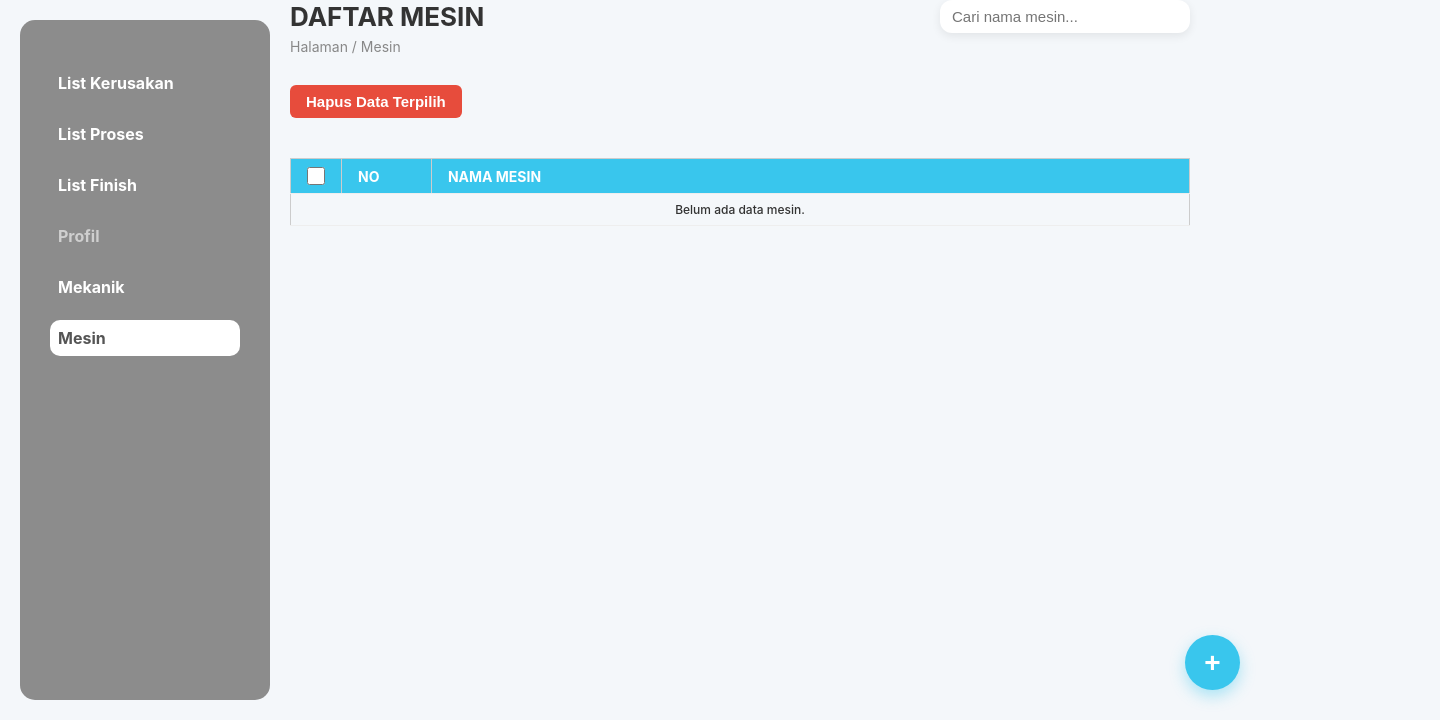
Repository: 1rHub/maintenance
Page: http://localhost/mesin.php
An editor plug-in stored every save of this project. The page is shown before and after a run of saves, followed by the edit.
The browser window is 1280 px wide. The page is 1280 px wide, then 1440 px, so the pictures cover 1440 px, including what lies to the right of the window. The pictures show the whole page.
The page is run by PHP 8.4 with error messages shown; the project is at /var/www/html/. Queries for data that is not in the repository find no rows.

Above is the page before, as saved 2025-10-28 15:56:57.

### assets/css/style.css
* {
	margin: 0;
	padding: 0;
	box-sizing: border-box;
}

body {
	font-family: -apple-system, BlinkMacSystemFont, 'Segoe UI', Roboto, Oxygen, Ubuntu, Cantarell, sans-serif;
	background-color: #f5f5f5;
	display: flex;
	height: 100vh;
}

.sidebar {
	width: 250px;
	background-color: #8c8c8c;
	padding: 30px;
	display: flex;
	flex-direction: column;
	justify-content: space-between;
	border-radius: 15px;
	margin: 20px;
}

.menu {
	list-style: none;
}

.menu li {
	margin: 15px 0;
}

.menu a {
	text-decoration: none;
	font-weight: bold;
	font-size: 16px;
	color: white;
	display: block;
	padding: 8px 8px;
	border-radius: 10px;
}

.menu a.active {
	background-color: white;
	color: #555;
}

.menu a.disabled {
	color: #cfcfcf;
	pointer-events: none;
}

.register-btn {
	background-color: white;
	border: none;
	padding: 10px;
	border-radius: 10px;
	font-weight: bold;
	cursor: pointer;
}

.main-content {
	flex: 1;
	padding: 40px;
	background: #fff;
}

.main-content h1 {
	font-size: 28px;
	font-weight: bold;
}

.main-content2 {
	margin-bottom: 38px;
}

.breadcrumb {
	margin-top: 5px;
	color: gray;
}

/* silang pada Detail Laporan */
.popup {
	display: none;
	position: fixed;
	top: 0;
	left: 0;
	width: 100%;
	height: 100%;
	background: rgba(0, 0, 0, 0.5);
	justify-content: center;
	align-items: center;
	z-index: 1000;
}

.popup-content {
	background: #fff;
	padding: 20px;
	border-radius: 12px;
	width: 400px;
	position: relative;
}

.close-btn {
	float: right;
	position: absolute;
	top: 40px;
	right: 40px;
	font-weight: bold;
	font-size: 25px;
	color: #909090;
	cursor: pointer;
	z-index: 10000;
	/* pastikan di atas semua isi popup */
}

.close-btn:hover {
	color: #000;
}

.popup-content h2 {
	margin-bottom: 15px;
}

.popup-content label {
	display: block;
	margin-top: 10px;
	font-weight: bold;
}

.popup-content input,
.popup-content select,
.popup-content textarea {
	width: 100%;
	padding: 8px;
	margin-top: 5px;
	border-radius: 5px;
	border: 1px solid #ccc;
}

.popup-content button {
	margin-top: 15px;
	padding: 10px;
	border: none;
	border-radius: 8px;
	background: #8c8c8c;
	color: white;
	font-weight: bold;
	cursor: pointer;
}

.hapus-float-btn {
	position: fixed;
	bottom: 25px;
	right: 25px;
	background-color: #e74c3c;
	color: white;
	padding: 12px 18px;
	border: none;
	border-radius: 8px;
	cursor: pointer;
	font-size: 15px;
	box-shadow: 0 4px 12px rgba(0, 0, 0, 0.2);
	transition: all 0.25s ease;
	z-index: 1000;
}

.hapus-float-btn:hover {
	background-color: #c0392b;
	transform: scale(1.05);
}

table {
	font-size: 12px;
	margin-top: 20px;
	width: 100%;
	border-collapse: collapse;
}

table thead {
	background: #39c6ed;
}

table,
th,
td {
	border: 1px solid #ccc;
}

th,
td {
	padding: 10px;
	text-align: left;
}

.filter {
	display: flex;
	align-items: center;
	gap: 15px;
	margin-top: 20px;
	margin-bottom: 15px;
}

.filter label {
	font-weight: bold;
}

.filter input[type="date"],
.filter select {
	padding: 5px 10px;
	border: 1px solid #ccc;
	border-radius: 6px;
	cursor: pointer;
}

.filter button {
	background-color: #39c6ed;
	color: white;
	border: none;
	border-radius: 6px;
	padding: 6px 12px;
	cursor: pointer;
	transition: 0.2s;
}

.filter button:hover {
	background-color: #666;
}

.success {
	color: green;
	font-weight: bold;
	margin-top: 10px;
}

.warning {

	color: #ff0000;
	font-weight: bold;
	margin-top: 10px;
}

.kategori {
	font-weight: bold;
	padding: 6px;
	border-radius: 6px;
	color: #fff;
	text-align: center;
}

.kategori.biasa {
	display: list-item;
	margin-top: 3px;
	color: #29b513;

}

.kategori.sedang {
	display: list-item;
	margin-top: 3px;
	color: #efae15;
}

.kategori.urgent {
	display: list-item;
	margin-top: 3px;
	color: #e74c3c;
}

#laporanTable a {
	color: inherit;
	text-decoration: none;
	cursor: pointer;
}

@keyframes fadeIn {
	from {
		opacity: 0;
		transform: scale(0.9);
	}

	to {
		opacity: 1;
		transform: scale(1);
	}
}

a {
	color: inherit;
	text-decoration: none;
}

a:hover {
	text-decoration: underline;
}

.mekanik-list {
	display: flex;
	flex-direction: column;
	gap: 8px;
	margin-top: 10px;
}

.mekanik-item {
	display: flex;
	align-items: center;
	gap: 10px;
}

.mekanik-item label {
	font-weight: 400;
	color: #000000;
	cursor: pointer;
}

.mekanik-item input[type="checkbox"] {
	width: 18px;
	height: 18px;
	accent-color: #555;
	cursor: pointer;
}

.header-container {
	display: flex;
	justify-content: space-between;
	align-items: center;
}

.menu-opsi {
	position: relative;
	display: inline-block;
}

.menu-btn {
	background: none;
	border: none;
	font-size: 22px;
	cursor: pointer;
	padding: 5px;
	color: #333;
}

.dropdown-menu {
	display: none;
	position: absolute;
	right: 0;
	top: 30px;
	background-color: white;
	border: 1px solid #ddd;
	border-radius: 6px;
	box-shadow: 0 5px 15px rgba(0, 0, 0, 0.1);
	z-index: 100;
	width: 180px;
}

.dropdown-menu button {
	width: 100%;
	border: none;
	background: none;
	padding: 10px;
	text-align: left;
	cursor: pointer;
	font-size: 14px;
}

.dropdown-menu button:hover {
	background-color: #f0f0f0;
}

.status.ditunda {
	font-style: italic;
}

.temp-alert {
	position: fixed;
	top: 80px;
	right: 30px;
	background-color: 1;
	color: #2c3e50;
	padding: 12px 20px;
	border-radius: 6px;
	box-shadow: 0 4px 10px rgba(0, 0, 0, 0.15);
	font-size: 14px;
	z-index: 2000;
	opacity: 1;
	transition: opacity 0.5s ease;
}

/* Warna untuk jenis alert berbeda */
.temp-alert.warning {
	color: rgb(255, 196, 0);
}

.temp-alert.success {
	background-color: #27ae60;
	color: white;
}

.temp-alert.error {
	background-color: #e74c3c;
	color: white;
}

.temp-alert.info {
	background-color: #3498db;
	color: white;
}

.laporan-header {
	text-align: center;
	margin-bottom: 20px;
}

.laporan-header img {
	width: 250px;
	height: auto;
	margin-bottom: 10px;
}

.laporan-header h2 {
	margin: 0;
	font-size: 15px;
	color: #333;
}

.filter {
	margin-bottom: 15px;
}

/* Sembunyikan elemen ini saat mencetak */
@media print {

	.filter,
	.menu-opsi,
	.sidebar {
		display: none !important;
	}

	.main-content {
		margin-left: 0;
	}
}

#noData {
	display: none;
	text-align: center;
	color: #000000ff;
	font-size: 12px;
	margin-top: 30px;
}

/* === STYLE BARU - MEKANIK PAGE === */
body {
	font-family: 'Inter', sans-serif;
	background-color: #f4f7fa;
	margin: 0;
	padding: 0;
}

/* Container utama */
.mekanik-container {
	flex: 1;
	margin-left: 0px;
	padding: 40px;
	background: #fff;
	border-radius: 16px;
	box-shadow: 0 4px 20px rgba(0,0,0,0.05);
}

.mekanik-container h1 {
	font-size: 26px;
	color: #333;
	margin-bottom: 5px;
}

.breadcrumb {
	color: #888;
	font-size: 14px;
	margin-bottom: 25px;
}

/* Grid kartu mekanik */
.mekanik-list {
	display: grid;
	grid-template-columns: repeat(auto-fill, minmax(180px, 1fr));
	gap: 20px;
}

.mekanik-card {
	background: white;
	border: 1px solid #e0e0e0;
	border-radius: 12px;
	padding: 20px 10px;
	text-align: center;
	box-shadow: 0 4px 10px rgba(0, 0, 0, 0.05);
	cursor: pointer;
	transition: all 0.25s ease;
}

.mekanik-card:hover {
	transform: translateY(-3px);
	border-color: #39c6ed;
	box-shadow: 0 6px 15px rgba(57,198,237,0.15);
}

.editable {
	border: none;
	background: transparent;
	text-align: center;
	width: 100%;
	font-size: 15px;
	font-weight: 500;
	color: #333;
	outline: none;
	cursor: pointer;
}

/* Tombol tambah */
.float-btn {
	position: fixed;
	bottom: 30px;
	right: 30px;
	background: #39c6ed;
	color: white;
	border: none;
	border-radius: 50%;
	width: 60px;
	height: 60px;
	font-size: 30px;
	font-weight: bold;
	cursor: pointer;
	box-shadow: 0 8px 20px rgba(57, 198, 237, 0.4);
	transition: 0.3s;
}

.float-btn:hover {
	transform: scale(1.1);
	background: #2faed3;
}

/* === Popup Umum === */
.popup {
	display: none;
	position: fixed;
	top: 0;
	left: 0;
	width: 100%;
	height: 100%;
	background: rgba(0, 0, 0, 0.4);
	justify-content: center;
	align-items: center;
	z-index: 9999;
}

.popup-content {
	background: white;
	padding: 30px 35px;
	border-radius: 14px;
	width: 500px;
	max-height: 85vh;
	overflow-y: auto;
	box-shadow: 0 10px 25px rgba(0,0,0,0.15);
	animation: fadeIn 0.3s ease;
}

.popup-content h2 {
	margin-top: 0;
	color: #333;
	font-size: 20px;
	border-bottom: 2px solid #39c6ed;
	padding-bottom: 8px;
}

.close-btn {
	position: absolute;
	top: 20px;
	right: 25px;
	font-size: 22px;
	color: #999;
	cursor: pointer;
	transition: 0.2s;
}

.close-btn:hover { color: #333; }

/* Input dan tombol di popup */
.popup-content input,
.popup-content button {
	width: 100%;
	padding: 10px;
	margin-top: 10px;
	border-radius: 8px;
	border: 1px solid #ccc;
	font-size: 14px;
}

.popup-content button {
	background: #39c6ed;
	color: white;
	font-weight: bold;
	border: none;
	cursor: pointer;
	transition: 0.25s;
}

.popup-content button:hover {
	background: #2faed3;
}

/* Tabel riwayat */
.popup-content table {
	width: 100%;
	border-collapse: collapse;
	margin-top: 15px;
}

.popup-content th, .popup-content td {
	padding: 10px;
	border: 1px solid #e0e0e0;
	font-size: 13px;
	color: #333;
	text-align: center;
}

.popup-content thead {
	background: #39c6ed;
	color: white;
}

/* Tombol edit & hapus */
.btn-row {
	margin-top: 20px;
	display: flex;
	justify-content: flex-end;
	gap: 10px;
}

.edit-btn, .hapus-btn {
	border: none;
	padding: 10px 18px;
	border-radius: 8px;
	cursor: pointer;
	font-weight: bold;
	transition: 0.25s;
}

.edit-btn {
	background: #39c6ed;
	color: white;
}

.edit-btn:hover {
	background: #2faed3;
}

.hapus-btn {
	background: #e74c3c;
	color: white;
}

.hapus-btn:hover {
	background: #c0392b;
}

/* Animasi popup */
@keyframes fadeIn {
	from { opacity: 0; transform: scale(0.95); }
	to { opacity: 1; transform: scale(1); }
}

/* === mesin.php === */


        #mesinTable {
            width: 100%;
            min-width: 900px;
            table-layout: auto;
        }

        .header-row {
            display: flex;
            align-items: center;
            justify-content: space-between;
            margin-bottom: 25px;
        }

        h1 {
            font-size: 26px;
            font-weight: 700;
            color: #333;
            margin: 0;
        }

        .breadcrumb {
            color: #888;
            font-size: 14px;
            margin-bottom: 30px;
            margin-top: -20px;
        }

        /* === SEARCH BOX === */
        .search-box {
            display: flex;
            align-items: center;
            background: #fff;
            border-radius: 12px;
            box-shadow: 0 3px 10px rgba(0, 0, 0, 0.08);
            padding: 8px 12px;
            width: 250px;
        }

        .search-box input {
            flex: 1;
            border: none;
            outline: none;
            background: transparent;
            font-size: 15px;
        }

        .table {
            width: 100%;
            border-collapse: collapse;
            table-layout: fixed;
            min-width: 700px;
        }

        th,
        td {
            padding: 8px 16px;
            border-bottom: 1px solid #eee;
        }

        th {
            background: #39c6ed;
            color: white;
            text-transform: uppercase;
            font-size: 14px;
        }

        td {
            color: #333;
            font-weight: 500;
        }

        /* === CHECKBOX === */
        input[type="checkbox"] {
            width: 18px;
            height: 18px;
            cursor: pointer;
        }

        /* === BUTTON HAPUS DI LUAR TABEL === */
        .hapus-btn {
            background: #e74c3c;
            color: #fff;
            border: none;
            padding: 8px 16px;
            border-radius: 8px;
            font-size: 14px;
            cursor: pointer;
            transition: 0.2s;
            margin-bottom: 20px;
        }

        .hapus-btn:hover {
            background: #c0392b;
            transform: scale(1.05);
        }

        /* === FLOATING ADD BUTTON === */
        .float-btn {
            position: fixed;
            bottom: 30px;
            right: 40px;
            background-color: #39c6ed;
            color: #fff;
            font-size: 28px;
            width: 55px;
            height: 55px;
            border-radius: 50%;
            border: none;
            box-shadow: 0 6px 15px rgba(57, 198, 237, 0.4);
            cursor: pointer;
            transition: 0.3s ease;
        }

        .float-btn:hover {
            background-color: #2da8cf;
            transform: scale(1.1);
        }

        .popup {
            display: none;
            position: fixed;
            top: 0;
            left: 0;
            width: 100%;
            height: 100%;
            background: rgba(0, 0, 0, 0.4);
            justify-content: center;
            align-items: center;
            z-index: 999;
        }

        .popup-content {
            background: #fff;
            border-radius: 12px;
            padding: 20px 30px;
            box-shadow: 0 5px 15px rgba(0, 0, 0, 0.2);
            animation: fadeIn 0.2s ease;
        }

        .close-btn2 {
            float: right;
            font-size: 22px;
            cursor: pointer;
        }

        .popup-content form input[type="text"] {
            width: 100%;
            padding: 10px;
            margin-bottom: 12px;
            border: 1px solid #ccc;
            border-radius: 6px;
        }

        .popup-content button {
            background: #39c6ed;
            color: #fff;
            border: none;
            padding: 8px 16px;
            border-radius: 6px;
            cursor: pointer;
        }

        .popup-content button:hover {
            background: #2da8cf;
        }

        /* === POPUP TAMBAH MESIN === */
        #popupTambah .popup-content {
            width: 400px;
            max-width: 90%;
        }

        /* === POPUP RIWAYAT MESIN === */
        #popupRiwayatMesin .popup-content {
            width: 90%;
            max-width: 1100px;
            /* bisa kamu ubah ke 1000–1200px sesuai selera */
            overflow-x: auto;
            max-height: 85vh;
        }

        #popupRiwayatMesin table {
            width: 100%;
            border-collapse: collapse;
            margin-top: 10px;
        }

        #popupRiwayatMesin th,
        #popupRiwayatMesin td {
            padding: 8px 10px;
            border-bottom: 1px solid #eee;
            text-align: left;
        }

        #popupRiwayatMesin th {
            background: #39c6ed;
            color: #fff;
            font-size: 14px;
            text-transform: uppercase;
        }

.popup-content table {
	width: 100%;
	border-collapse: collapse;
}

.popup-content th,
.popup-content td {
	border: 1px solid #ccc;
	padding: 8px;
	text-align: center;
}

.btn-row {
	margin-top: 20px;
	display: flex;
	justify-content: flex-end;
	gap: 10px;
}

.hapus-btn {
	background: #e74c3c !important;
	border: none;
	color: white;
	padding: 8px 16px;
	border-radius: 6px;
	cursor: pointer;
	font-size: 15px;
}

.edit-btn {
	background: #39c6ed !important;
	border: none;
	color: white;
	padding: 8px 16px;
	border-radius: 6px;
	cursor: pointer;
	font-size: 15px;
}

.close-btn {
	float: right;
	cursor: pointer;
	font-size: 20px;
}

#editNamaInput {
	display: none;
	width: 80%;
	padding: 6px;
	margin-top: 8px;
	border-radius: 5px;
	border: 1px solid #ccc;
	text-align: center;
}

/* === STYLISH CHECKBOX MEKANIK === */
#mekanikList {
	display: flex;
	flex-direction: column;
	gap: 10px;
	margin-top: 10px;
}

#mekanikList label {
	display: flex;
	align-items: center;
	background: #f8f9fa;
	border: 1px solid #ddd;
	border-radius: 10px;
	padding: 8px 12px;
	cursor: pointer;
	transition: 0.25s ease;
	font-weight: 500;
	color: #333;
	margin: 1px;
}

#mekanikList label:hover {
	background: #e9f8ff;
	border-color: #39c6ed;
}

#mekanikList input[type="checkbox"] {
	appearance: none;
	width: 20px;
	height: 20px;
	border: 2px solid #ccc;
	border-radius: 6px;
	margin-right: 12px;
	position: relative;
	transition: 0.2s;
}

#mekanikList input[type="checkbox"]:checked {
	background-color: #39c6ed;
	border-color: #39c6ed;
}

#mekanikList input[type="checkbox"]:checked::after {
	content: "✓";
	color: white;
	font-size: 13px;
	position: absolute;
	top: 1px;
	left: 3px;
}

#mekanikList input[type="checkbox"]:disabled {
	opacity: 0.6;
	cursor: not-allowed;
}

Loaded but not shown: sidebar.php (43 lines, source omitted); koneksi.php (12 lines, source omitted); mesin.php (257 lines, source omitted)

After the next 2 saves:
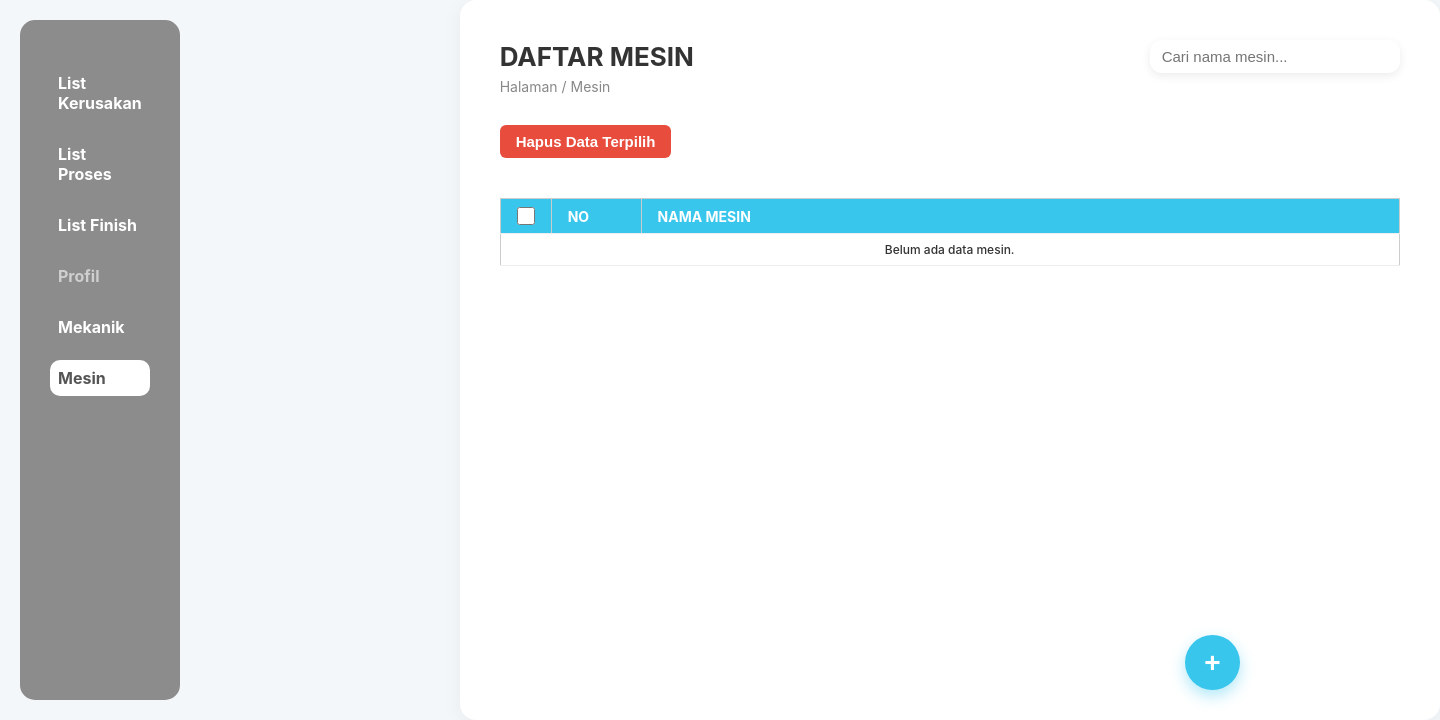
The 2 saves are shown as one change because they came seconds apart.
The last was saved 7 s later.
--- a/assets/css/style.css
+++ b/assets/css/style.css
@@ -669,6 +669,14 @@ body {
 }
 
 /* === mesin.php === */
+        .main-container {
+	flex: 1;
+	margin-left: 260px;
+	padding: 40px;
+	background: #fff;
+	border-radius: 16px;
+	box-shadow: 0 4px 20px rgba(0,0,0,0.05);
+}
 
 
         #mesinTable {
